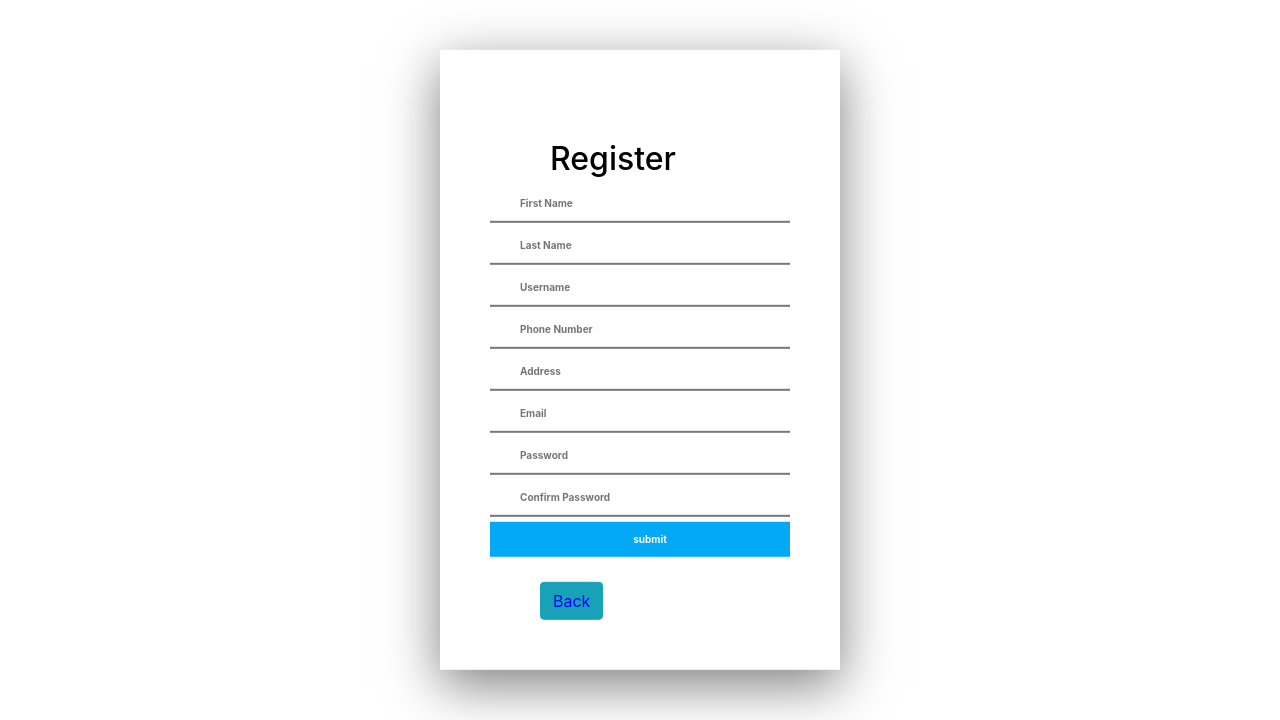
Repository: messimacky/Movie-Rental-System-Front-End
Page: /sign-up
These files come from the project's save history. The page is drawn as it stood at one moment and after the next save; the edit follows.
The browser window is 1280 px wide. The pictures show the whole page.
The project was rebuilt for these pictures with package versions that can differ from the ones it lists, and the page was loaded fresh each time. Also part of the build but not shown: src/http-common.js, src/services/movie.service.js, src/components/AddMovie.js, src/components/MoviesList.js, src/components/NotFound.js, src/components/login/Login.js, src/components/customerRegistration/CustomerRegistration.css.

Above is the page before, as saved 2022-04-14 14:56:40.

### src/App.js
import { BrowserRouter as Router, Switch, Route } from 'react-router-dom';
import AddMovie from './components/AddMovie';
import MoviesList from "./components/MoviesList";
import NotFound from "./components/NotFound";
import Login from './components/login/Login';
import CustomerRegistration from './components/customerRegistration/CustomerRegistration';

//import { Switch } from "react-router-dom";
function App() {
  return (
    <Router>
      <div>
        <Switch>
          <Route exact path="/" component={MoviesList} />
          <Route path="/login" component={Login} />
          <Route path="/add" component={AddMovie} />
          <Route path="/movies/edit/:id" component={AddMovie} />
          <Route path="/sign-up" component={CustomerRegistration} />
          <Route path="*" component={NotFound} />
        </Switch>
      </div>
    </Router>
  )
}

export default App;

### src/components/customerRegistration/CustomerRegistration.js

import React from 'react'
import './CustomerRegistration.css'
import { Link } from 'react-router-dom'
export default function CustomerRegistration() {
    return (
        <div className="form">
            <form>


                <h2>Register </h2>

                <div className="input-box">
                    <i className="fa fa-user" aria-hidden="true"></i>
                    <input type="text" name="firstname" placeholder="First Name" required />
                </div>

                <div className="input-box">
                    <i className="fa fa-user" aria-hidden="true"></i>
                    <input type="text" name="lastname" placeholder="Last Name" required />
                </div>


                <div className="input-box">
                    <i className="fa fa-user" aria-hidden="true"></i>
                    <input type="text" name="username" placeholder="Username" required />
                </div>
                <div className="input-box">
                    <i className="fa fa-user" aria-hidden="true"></i>
                    <input type="tel" name="phonenumber" placeholder="Phone Number" required />
                </div>


                <div className="input-box">
                    <i className="fa fa-unlock-alt" aria-hidden="true"></i>
                    <input type="text" name="address" placeholder="Address" required />
                </div>

                <div className="input-box">

                    <i className="fa fa-unlock-alt" aria-hidden="true"></i>
                    <input type="email" name="email" placeholder="Email" required />
                </div>
                <div className="input-box">
                    <i className="fa fa-unlock-alt" aria-hidden="true"></i>
                    <input type="password" name="password" placeholder="Password" required />
                </div>

                <div className="input-box">
                    <i className="fa fa-unlock-alt" aria-hidden="true"></i>
                    <input type="password" name="password" placeholder="Confirm Password" required />
                </div>



                <div className="input-box">
                    <input type="submit" name="submit" value="submit" />
                </div>
                <Link className="btn btn-info btn-outline" to="/">Back</Link>

            </form>
        </div>
    )
}

### src/components/login/Login.css
body {
    margin: 0;
    padding: 0;
    /* font-family: sans-serif; */
    background-size: cover;
    background-repeat: no-repeat;
}



.form {
    position: absolute;
    top: 50%;
    left: 50%;
    border: none;
    transform: translate(-50%, -50%);
    width: 400px;
    min-height: 450px;
    background-color: #fff;
    box-shadow: 0 15px 50px rgba(0, 0, 0, 0.5);
    padding: 50px;
    box-sizing: border-box;

    /* background: url(data:[embedded picture, 5679 characters]); */
    /* background: url(https://picsum.photos/3000/2000/?image=1015); */



}

.form h2 {
    margin-left: 60px;
    margin-top: 40px;
    color: white;
    /* margin: 30 0 40px; */
    padding: 0;
    color: black;
}

.form .input-box {
    position: relative;
    margin: 5px 0;
}

.form .input-box input {
    width: 100%;
    font-size: 10px;
    border: none;
    border-bottom: 2px solid #777;
    outline: none;
    padding: 10px;
    padding-left: 30px;
    box-sizing: border-box;
    font-weight: bold;
    color: #777;
}

.form .input-box input:focus,
.form .input-box input:valid {
    border-bottom-color: #03a9f4;
}

.form .input-box .fa {
    position: absolute;
    top: 8px;
    left: 5px;
    font-size: 18px;
    color: #777;
}

.form .input-box input[type="submit"] {
    border: none;
    cursor: pointer;
    background-color: #03a9f4;
    color: #fff;
    font-weight: bold;
    transition: 0.5s;
}

.form .input-box input[type="submit"]:hover {
    background-color: #ff4987;

}

.form a {
    text-decoration: none;
    color: black;

    margin-top: 4px;
    margin-left: 170px;
    /* font-weight: bold; */
    display: inline-block;
    transition: 0.5s;
}


.submit {
    margin-top: 30px;
    margin-left: 30px;


}

.form a {
    margin-top: 20px;
    margin-left: 50px;
    color: black;
    color: blue;
}

.form button {
    margin-top: 10px;
    margin-left: 50px;
    color: black;
    outline: invert;

}

.form button :hover {

    color: blue;
}

Loaded but not shown: public/index.html (common file); src/index.js (common file); src/index.css (common file); src/reportWebVitals.js (common file)

After the next save:
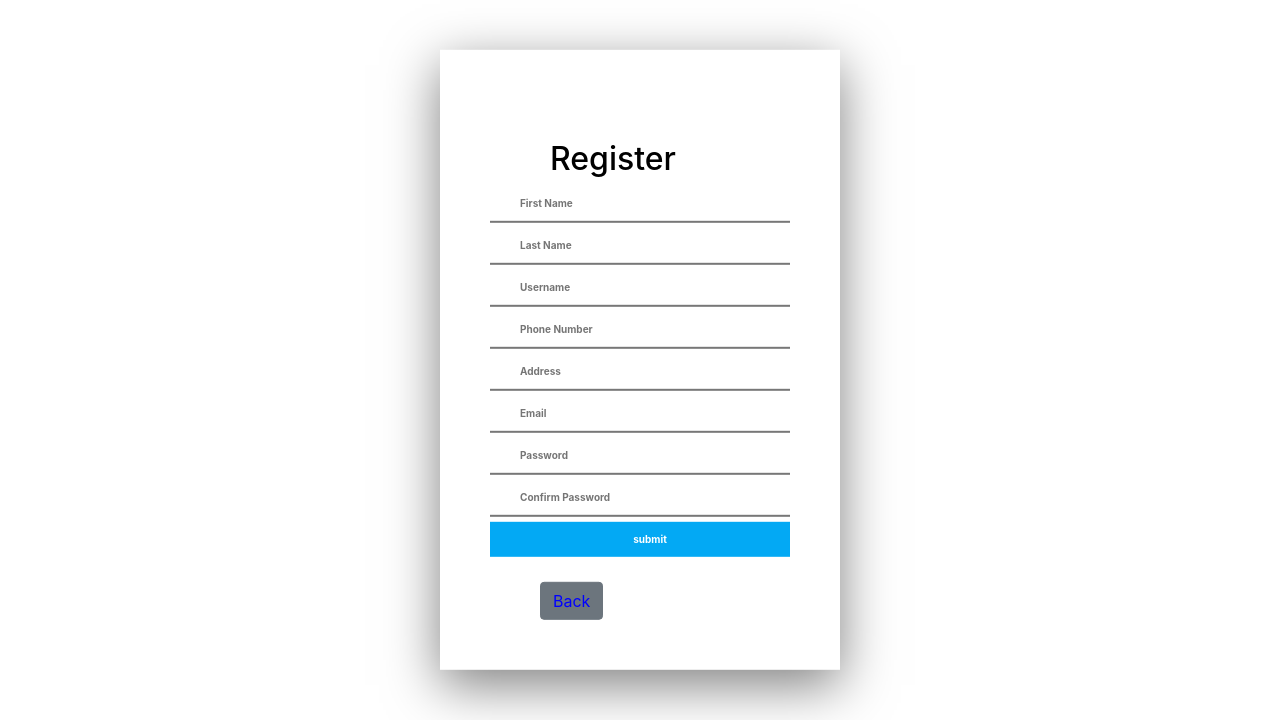
Saved 50 s later.
--- a/src/components/customerRegistration/CustomerRegistration.js
+++ b/src/components/customerRegistration/CustomerRegistration.js
@@ -56,7 +56,7 @@ export default function CustomerRegistration() {
                 <div className="input-box">
                     <input type="submit" name="submit" value="submit" />
                 </div>
-                <Link className="btn btn-info btn-outline" to="/">Back</Link>
+                <Link className="btn btn-secondary btn-outline" to="/">Back</Link>
 
             </form>
         </div>
